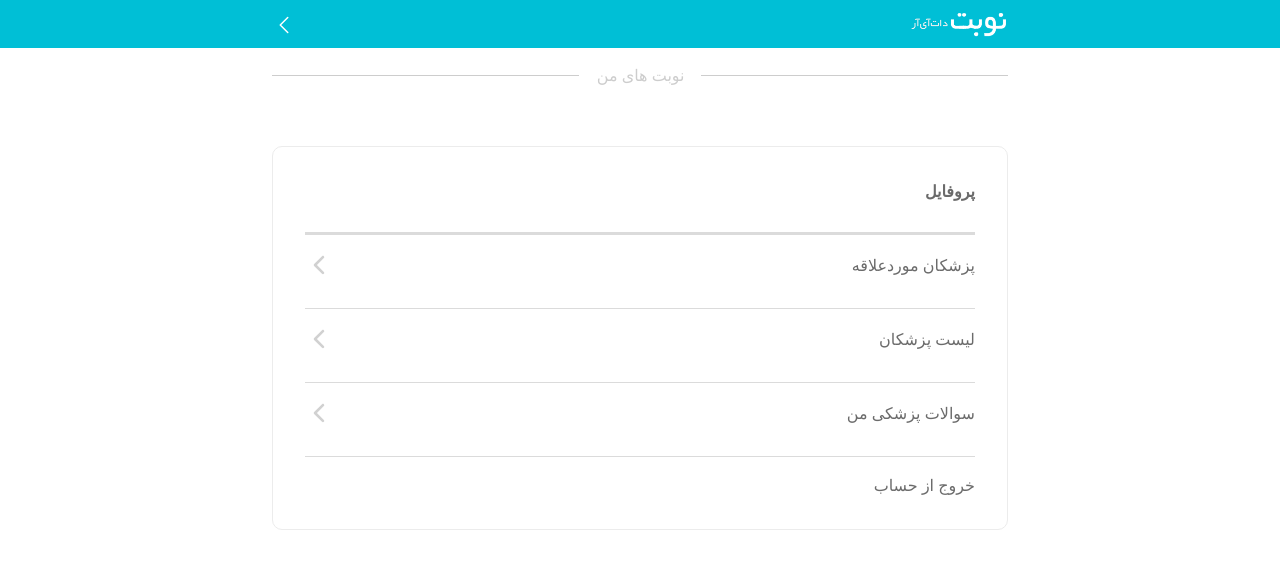
Repository: MohamadHosein86-Dev/Nobat.ir
Page: /user.nobat.ir/turns
An editor plug-in stored every save of this project. The page is shown before and after the next save, followed by the edit.
The browser window is 1280 px wide. The pictures show the whole page.
The project was rebuilt for these pictures with package versions that can differ from the ones it lists, and the page was loaded fresh each time. Some packages were replaced by stand-ins written for this rebuild. Also part of the build but not shown: vite.config.ts, src/ui/BtnLogin.tsx, src/ui/LogoHeader.tsx, src/ui/BtnFilter.tsx, src/hooks/useOutsideClick.tsx, src/ui/Modal.tsx, src/ui/MenuFilterCity.tsx, src/servises/filterCity.tsx and 38 more.

Above is the page before, as saved 2025-01-07 12:41:54.

After the next save:
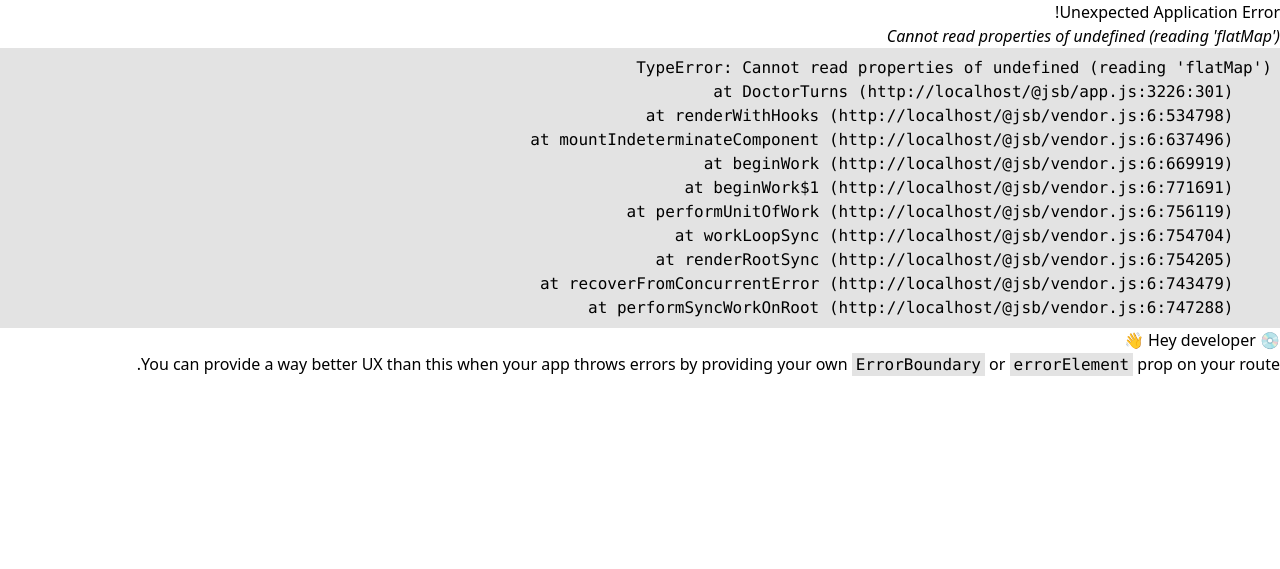
Console error: TypeError: Cannot read properties of undefined (reading 'flatMap')
Saved 19 s later.
--- a/src/featchers/AddTrunsDoctor.tsx
+++ b/src/featchers/AddTrunsDoctor.tsx
@@ -1,13 +1,9 @@
-import { createSlice, PayloadAction, } from "@reduxjs/toolkit";
+import { createSlice, } from "@reduxjs/toolkit";
 import { DoctorType } from "../servises/getDoctors";
 
 
-interface TypeNobatDay{
-    from:string,
-    to:string
-}
 const initialState  ={
-    nobatDay:[] as TypeNobatDay[]
+    NobatDoctors:[] as DoctorType[]
 
 }
 export  const NobatDoctorsReducer = createSlice({
@@ -15,15 +11,12 @@ export  const NobatDoctorsReducer = createSlice({
     initialState,
     reducers:{
 
-        addToDoctorNobat:( state = initialState  , action:PayloadAction<DoctorType>  )=>{
-            const doctor = action.payload;
-            state.doctorsNobat.push(doctor)
-        },
+
         addNobatDaayDoctors:( state=initialState , action)=>{
-            state.nobatDay.push(action.payload)
+            state.NobatDoctors.push(action.payload)
         }
 
     }
 });
-export const {  addToDoctorNobat , addNobatDaayDoctors } = NobatDoctorsReducer.actions;
+export const {  addNobatDaayDoctors } = NobatDoctorsReducer.actions;
 export default NobatDoctorsReducer.reducer ;
